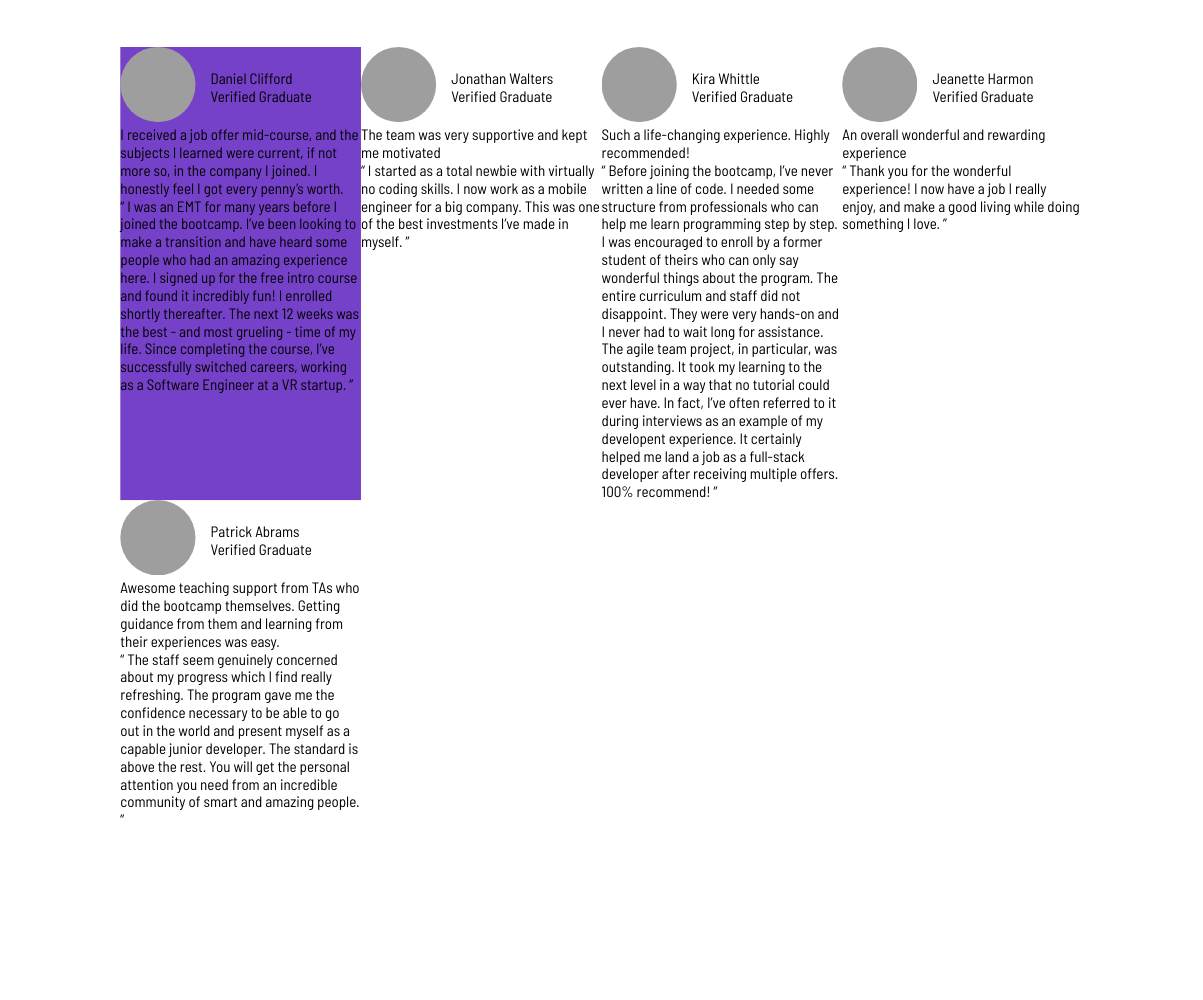
Repository: nptg3105/lab02-testimonials-grid
Page: index.html
An editor plug-in stored every save of this project. The page is shown before and after the next save, followed by the edit.
The browser window is 1280 px wide. The pictures show the whole page, at 94% of full size.
Pictures or frames that could not be fetched are drawn as grey boxes. The style sheet was rebuilt from its Sass, Less or Tailwind sources for each picture, by a compiler version that may differ from the author's.

Above is the page before, as saved 2021-12-08 05:29:58.

### index.html
<!DOCTYPE html>
<html lang="en">
  <head>
    <meta charset="UTF-8" />
    <meta http-equiv="X-UA-Compatible" content="IE=edge" />
    <meta name="viewport" content="width=device-width, initial-scale=1.0" />
    <title>Lab02 - Testimonials</title>
    <link rel="stylesheet" href="style.css" />
    <link
      href="https://fonts.googleapis.com/css2?family=Barlow+Semi+Condensed:wght@400;500;700&display=swap"
      rel="stylesheet"
    />
  </head>
  <body>
    <div class="container">
      <div class="testimonials">
        <div class="testimonials__item testimonials__item--violet">
          <div class="author">
            <div class="author__avatar">
              <img
                src="https://images.unsplash.com/photo-1570295999919-56ceb5ecca61?ixlib=rb-1.2.1&ixid=MnwxMjA3fDB8MHxzZWFyY2h8OHx8bWFufGVufDB8fDB8fA%3D%3D&auto=format&fit=crop&w=500&q=60"
                alt=""
              />
            </div>
            <div class="author__name">
              Daniel Clifford <br />
              Verified Graduate
            </div>
          </div>
          <div class="testimonials__heading">
            I received a job offer mid-course, and the subjects I learned were
            current, if not more so, in the company I joined. I honestly feel I
            got every penny’s worth.
          </div>
          <div class="testimonials__desc">
            “ I was an EMT for many years before I joined the bootcamp. I’ve
            been looking to make a transition and have heard some people who had
            an amazing experience here. I signed up for the free intro course
            and found it incredibly fun! I enrolled shortly thereafter. The next
            12 weeks was the best - and most grueling - time of my life. Since
            completing the course, I’ve successfully switched careers, working
            as a Software Engineer at a VR startup. ”
          </div>
        </div>
        <div class="testimonials__item testimonials__item--gray">
          <div class="author">
            <div class="author__avatar">
              <img
                src="https://images.unsplash.com/photo-1570295999919-56ceb5ecca61?ixlib=rb-1.2.1&ixid=MnwxMjA3fDB8MHxzZWFyY2h8OHx8bWFufGVufDB8fDB8fA%3D%3D&auto=format&fit=crop&w=500&q=60"
                alt=""
              />
            </div>
            <div class="author__name">
              Jonathan Walters <br />
              Verified Graduate
            </div>
          </div>
          <div class="testimonials__heading">
            The team was very supportive and kept me motivated
          </div>
          <div class="testimonials__desc">
            “ I started as a total newbie with virtually no coding skills. I now
            work as a mobile engineer for a big company. This was one of the
            best investments I’ve made in myself. ”
          </div>
        </div>
        <div class="testimonials__item testimonials__item--white">
          <div class="author">
            <div class="author__avatar">
              <img
                src="https://images.unsplash.com/photo-1570295999919-56ceb5ecca61?ixlib=rb-1.2.1&ixid=MnwxMjA3fDB8MHxzZWFyY2h8OHx8bWFufGVufDB8fDB8fA%3D%3D&auto=format&fit=crop&w=500&q=60"
                alt=""
              />
            </div>
            <div class="author__name">
              Kira Whittle <br />
              Verified Graduate
            </div>
          </div>
          <div class="testimonials__heading">
            Such a life-changing experience. Highly recommended!
          </div>
          <div class="testimonials__desc">
            “ Before joining the bootcamp, I’ve never written a line of code. I
            needed some structure from professionals who can help me learn
            programming step by step. I was encouraged to enroll by a former
            student of theirs who can only say wonderful things about the
            program. The entire curriculum and staff did not disappoint. They
            were very hands-on and I never had to wait long for assistance. The
            agile team project, in particular, was outstanding. It took my
            learning to the next level in a way that no tutorial could ever
            have. In fact, I’ve often referred to it during interviews as an
            example of my developent experience. It certainly helped me land a
            job as a full-stack developer after receiving multiple offers. 100%
            recommend! ”
          </div>
        </div>
        <div class="testimonials__item testimonials__item--white">
          <div class="author">
            <div class="author__avatar">
              <img
                src="https://images.unsplash.com/photo-1570295999919-56ceb5ecca61?ixlib=rb-1.2.1&ixid=MnwxMjA3fDB8MHxzZWFyY2h8OHx8bWFufGVufDB8fDB8fA%3D%3D&auto=format&fit=crop&w=500&q=60"
                alt=""
              />
            </div>
            <div class="author__name">
              Jeanette Harmon <br />
              Verified Graduate
            </div>
          </div>
          <div class="testimonials__heading">
            An overall wonderful and rewarding experience
          </div>
          <div class="testimonials__desc">
            “ Thank you for the wonderful experience! I now have a job I really
            enjoy, and make a good living while doing something I love. ”
          </div>
        </div>
        <div class="testimonials__item testimonials__item--black">
          <div class="author">
            <div class="author__avatar">
              <img
                src="https://images.unsplash.com/photo-1570295999919-56ceb5ecca61?ixlib=rb-1.2.1&ixid=MnwxMjA3fDB8MHxzZWFyY2h8OHx8bWFufGVufDB8fDB8fA%3D%3D&auto=format&fit=crop&w=500&q=60"
                alt=""
              />
            </div>
            <div class="author__name">
              Patrick Abrams <br />
              Verified Graduate
            </div>
          </div>
          <div class="testimonials__heading">
            Awesome teaching support from TAs who did the bootcamp themselves.
            Getting guidance from them and learning from their experiences was
            easy.
          </div>
          <div class="testimonials__desc">
            “ The staff seem genuinely concerned about my progress which I find
            really refreshing. The program gave me the confidence necessary to
            be able to go out in the world and present myself as a capable
            junior developer. The standard is above the rest. You will get the
            personal attention you need from an incredible community of smart
            and amazing people. ”
          </div>
        </div>
      </div>
    </div>
  </body>
</html>

### style.scss
$font-main:'Barlow Semi Condensed',
sans-serif;
$violet-color:#7541c8;
$grey-color: #48556a;
$light-grey-color: #cfcfcf;
$white-color: #fff;
$bg-color: #ecf2f8;
$black-color: #19212e;

* {
    box-sizing: border-box;
    margin: 0;
    padding: 0;
}

.container {
    max-width: 1024px;
    margin: 50px auto;
}

.testimonials {
    font-family: $font-main;
    display: grid;
    grid-template-columns: repeat(4, 1fr);
    grid-template-rows: repeat(2, 1fr);

    &__item {
        &--violet {
            background-color: $violet-color;
        }
    }
}

.author {
    display: flex;
    align-items: center;

    &__avatar {
        margin-right: 16px;

        img {
            object-fit: cover;
            width: 80px;
            height: 80px;
            border-radius: 50%;

        }
    }

}

After the next save:
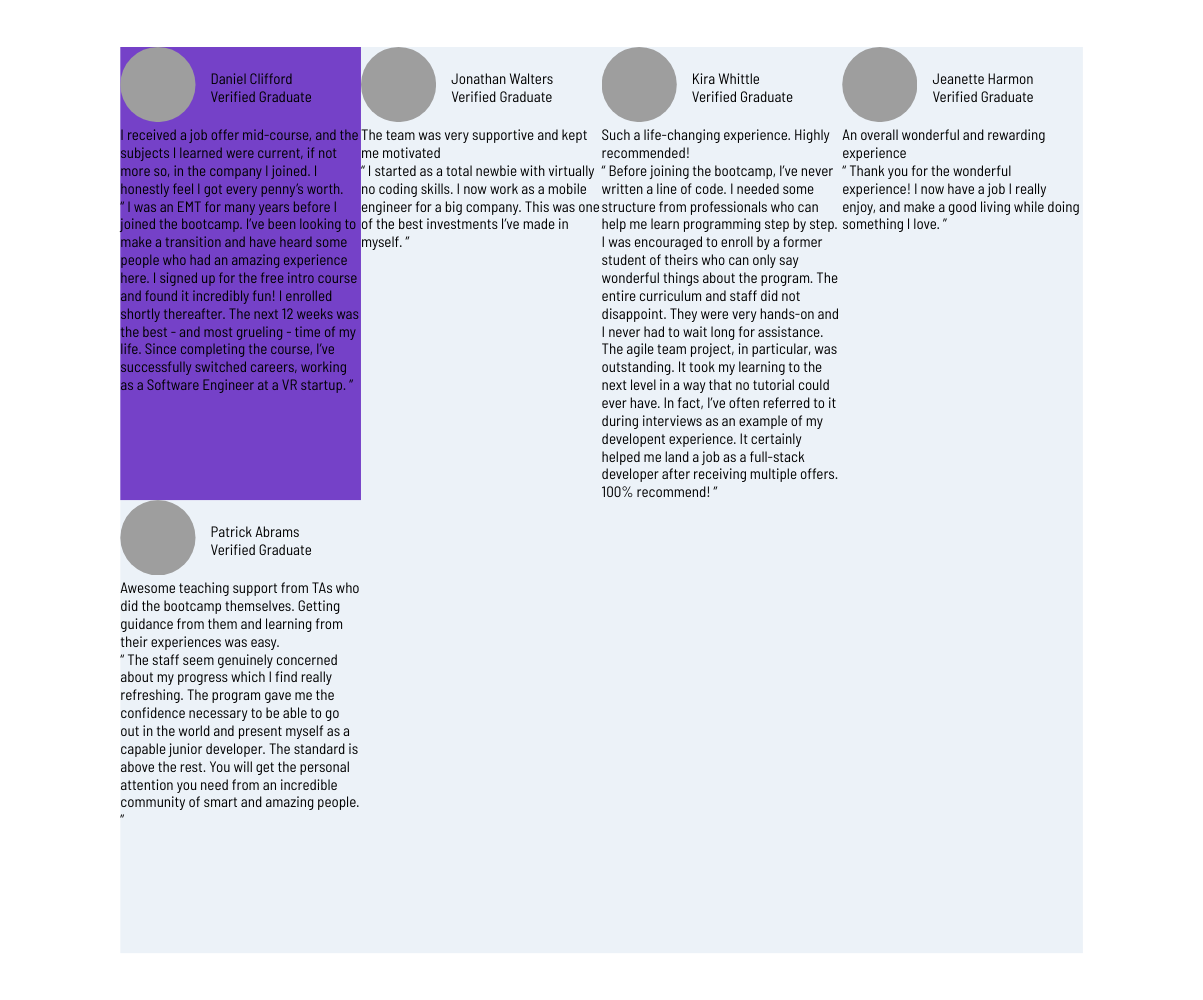
Saved 10 s later.
--- a/style.scss
+++ b/style.scss
@@ -16,6 +16,8 @@ $black-color: #19212e;
 .container {
     max-width: 1024px;
     margin: 50px auto;
+    background-color: $bg-color;
+    ;
 }
 
 .testimonials {
